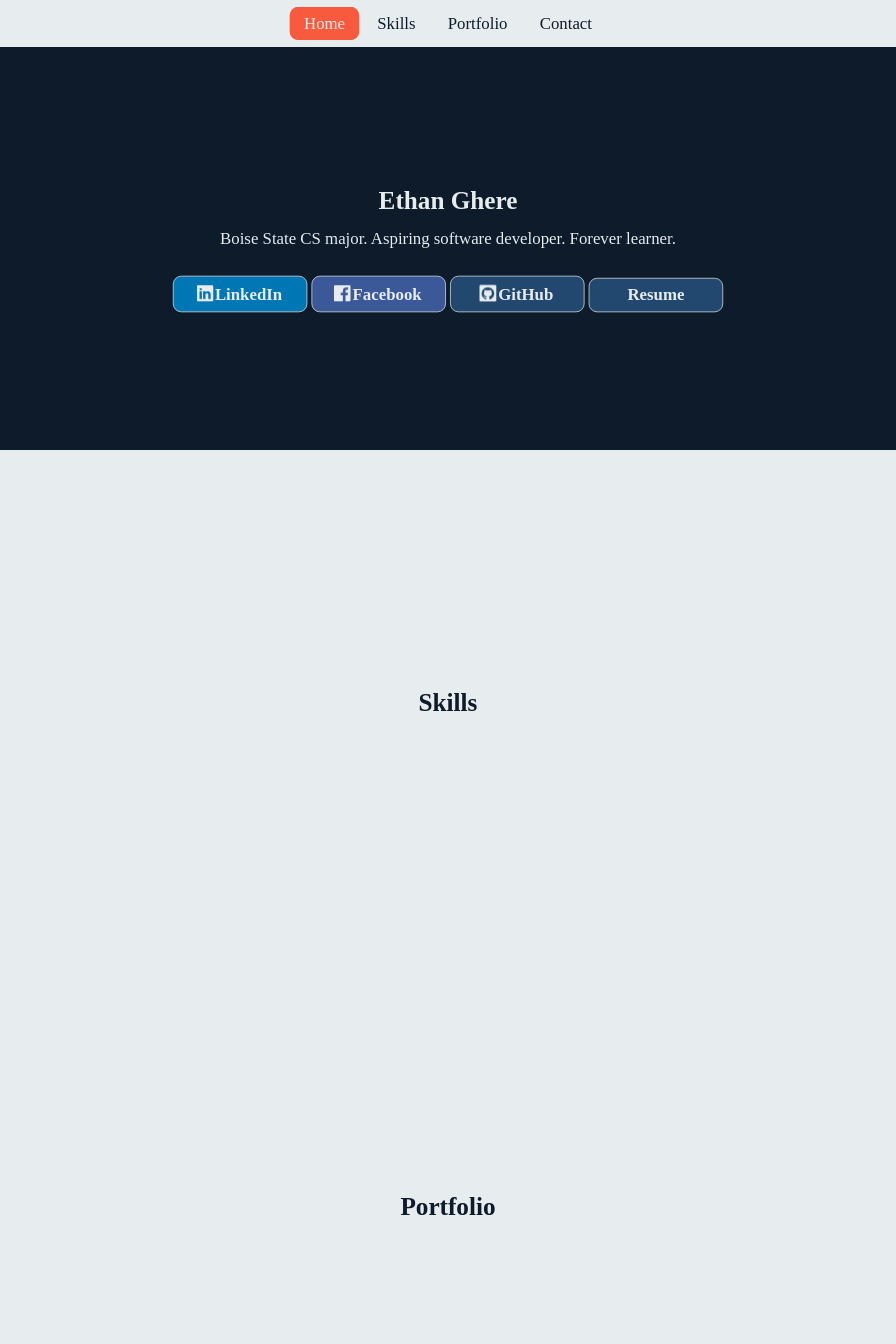
Repository: eghere-bsu/ethanghere-website
Page: http://localhost/php/index.php
An editor plug-in stored every save of this project. The page is shown before and after the next save, followed by the edit.
The browser window is 1280 px wide. The pictures show the part of the page from y = 0 to 1920 px (the page is 2875 px tall before and 2929 px after), at 70% of full size.
Some web fonts or font styles are not loaded; a fallback is used. The page is run by PHP 8.4 with error messages shown; the project is at /var/www/html/.

Above is the page before, as saved 2023-11-27 15:32:11.

### php/index.php
<?php
  require_once 'navbar.php';
?>

<body>
  <!-- Home -->
  <section id="home">
    <h1>Ethan Ghere</h1>
    <p>Boise State CS major. Aspiring software developer. Forever learner.</p>
    <span>
      <a href="https://www.linkedin.com/in/ethan-ghere-08532a23a" class="button linkedin"><img src="../svg/icons8-linkedin.svg">LinkedIn</a>
      <a href="https://www.facebook.com/profile.php?id=100085450836702" class="button facebook"><img src="../svg/icons8-facebook-24.svg">Facebook</a>
      <a href="https://github.com/eghere-bsu" class="button"><img src="../svg/icons8-github-24.png">GitHub</a>
      <a href="../assets/resume.pdf" class="button">Resume</a>
    </span>
  </section>
  <!-- Skills -->
  <section id="skills">
    <h1>Skills</h1>
  </section>
  <!-- Portfolio -->
  <section id="portfolio">
    <h1>Portfolio</h1>
  </section>
  <!-- Contact -->
  <section id="contact">
    <h1>Contact</h1>
  </section>
  <!-- Footer -->
  <section id="footer">
    <p>Ethan Ghere 2023.
      <?php
        if (isset($_SESSION['auth']) && $_SESSION['auth'] === true) {
          if (isset($_SESSION['username'])) {
            echo 'Logged in as ' . $_SESSION['username'];
          } else {
            echo 'Username not found.';
          }
        } else {
          echo 'Not logged in.';
        }
      ?>
      <a href="#login" class="button login-modal">Log In</a></p>
  </section>
  <div class="modal" id="login-signup-modal">
      <div class="modal-content">
        <button class="modal-close" onclick="closeModal()">X</button>
        <span class="container">
          <ul>
            <li class="login">
              <a href="#login" class="navlink">Log In</a>
            </li>
            <li class="signup">
              <a href="#signup" class="navlink">Sign Up</a>
            </li>
          </ul>
        </span>
        <span>
        <?php
          if(isset($_SESSION['message'])) {
            echo htmlspecialchars($_SESSION['message'], ENT_QUOTES, 'UTF-8');
            unset($_SESSION['message']);
          }
        ?>
        </span>
        <form method="post" action="login_handler.php" id="login-form">
          <input placeholder="Username: " type="username" id="username" name="username" required>
          <input placeholder="Password: " type="password" id="password" name="password" required>
          <button type="submit" class="button">Log In</button>
        </form>
        <form method="post" action="signup_handler.php" id="signup-form">
          <input placeholder="Username: " type="username" id="username" name="username" required>
          <input placeholder="Password: " type="password" id="password" name="password" required>
          <input placeholder="Confirm password: " type="pwconfirm" id="pwconfirm" name="pwconfirm" required>
          <button type="submit" class="button">Sign Up</button>
        </form>
        <div class="modal-body"></div>
      </div>
    </div>
  <script src="https://code.jquery.com/jquery-3.7.1.min.js"></script>
  <script src="../js/modal.js"></script>
  <script src="../js/scroll.js"></script>
</body>

### php/navbar.php
<?php
   session_start();
   ini_set('display_errors', 1);
   error_reporting(E_ALL);
?>

<!DOCTYPE html>
<html lang="en">

<head>
  <meta charset="UTF-8">
  <title>Ethan Ghere</title>
  <link rel="stylesheet" href="../css/style.css">
  <link rel="icon" type="image/x-icon" href="../favicon.ico">
</head>

<nav>
   <div class="container">
   <ul>
      <li class="home active">
        <a href="#home" class="navlink">Home</a>
      </li>
      <li class="skills">
        <a href="#skills" class="navlink">Skills</a>
      </li>
      <li class="portfolio">
        <a href="#portfolio" class="navlink">Portfolio</a>
      </li>
      <li class="contact">
        <a href="#contact" class="navlink">Contact</a>
      </li>
    </ul>
   </div>
</nav>

### css/style.css
@import url("https://fonts.googleapis.com/css2?family=Roboto+Mono&display=swap");

* {
  padding: 0;
  margin: 0;
  box-sizing: border-box;
}

html {
  font-family: "Roboto Mono";
  font-size: 24px;
  scroll-behavior: smooth;
}

section {
  height: 100vh;
  width: 100%;
  color: #0d1b2a;
  background-color: #e7ecef;
  display: flex;
  flex-direction: column;
  align-items: center;
  justify-content: center;
}

#home {
  height: 80vh;
  color: #e7ecef;
  background-color: #0d1b2a;
  padding: 30px;

  *:not(:first-child) {
    margin-top: 20px;
  }
}

/* TODO
section#skills {}
*/

/* TODO
section#portfolio {} */

section#footer {
  height: 10vh;
  background-color: #0d1b2a;
  color: #e7ecef;
  font-size: 18px;
}

.button {
  display: inline-block;
  padding: 10px 20px;
  width: 8em;
  text-align: center;
  text-decoration: none;
  font-weight: bold;
  border-radius: 12px;
  border: 1px solid #e7ecef;
  color: #e7ecef;
  background-color: #23486f;
  transition: 0.3s ease background-color;

  img {
    position: relative;
    top: 0.1em;
    right: 0.1em;
  }

  &:hover {
    background-color: #f85a3e;
  }

  &:hover:after {
    transition: 0.3s ease background-color;
  }
}

.button.small {
  font-size: 0.8em;
}

.linkedin {
  background-color: #0077b5;
}

.facebook {
  background-color: #3b5998;
}

nav {
  position: sticky;
  top: 0;
  background-color: #e7ecef;
}

.container {
  width: 90%;
  max-width: 1000px;
  min-width: 200px;
  margin: 0 auto;
  text-align: center;
  padding: 10px;

  ul {
    display: inline-block;

    li {
      display: inline-block;

      a {
        display: inline-block;
        text-decoration: none;
        padding: 10px 20px;
        color: #0d1b2a;
        border-radius: 12px;
        transition: 0.3s ease background-color;

        &:hover {
          background-color: rgba(0, 0, 0, 0.25);
        }
      }
    }

    li.active {
      background-color: #f85a3e;
      transition: 0.3s ease background-color;
      border-radius: 12px;

      a {
        color: rgb(231, 236, 239);
      }

      .navlink {
        background-color: #f85a3e;
        transition: 0.3s ease background-color;
        border-radius: 12px;
      }
    }
  }
}


/* modal */

.modal {
  display: none; /* Hide the modal by default */
  position: fixed;
  top: 0;
  left: 0;
  width: 100%;
  height: 100%;
  background-color: rgba(0, 0, 0, 0.4);
}

.modal-content {
  position: fixed;
  top: 50%;
  left: 50%;
  transform: translate(-50%, -50%);
  width: 40%;
  background-color: #e7ecef;
  color: #0d1b2a;
  padding: 20px;

  form {
    display: flex;
    flex-direction: column;
    align-items: center;
    width: 100%;
  }

  form label {
    margin-bottom: 10px;
  }

  form input {
    width: 100%;
    padding: 10px;
    border: 1px solid #ccc;
    border-radius: 4px;
  }

  form button {
    padding: 10px 20px;
    background-color: #23486f;
    border: none;
    border-radius: 4px;
    cursor: pointer;
    text-decoration: none;
  }

  & > .modal-close {
    position: absolute;
    top: 10px;
    right: 10px;
    width: 2em;
    height: 2em;
    border: none;
    cursor: pointer;
    background-color: #23486f;
    color: #e7ecef;
  }

  & > .container {
    display: flex;
    justify-content: center;

    & > a {
      color: #0d1b2a;
    }
  }
}

.modal-body {
  display: flex;
  flex-direction: column;
  justify-content: center;
}

.form-container {
  max-width: 400px;
  width: 100%;
  margin: 0 auto;
  position: relative;
}

### svg/icons8-linkedin.svg
<svg xmlns="http://www.w3.org/2000/svg" xmlns:xlink="http://www.w3.org/1999/xlink" viewBox="0,0,256,256" width="24px" height="24px"><g transform="translate(-24.32,-24.32) scale(1.19,1.19)"><g fill="#e7ecef" fill-rule="nonzero" stroke="none" stroke-width="1" stroke-linecap="butt" stroke-linejoin="miter" stroke-miterlimit="10" stroke-dasharray="" stroke-dashoffset="0" font-family="none" font-weight="none" font-size="none" text-anchor="none" style="mix-blend-mode: normal"><g transform="scale(5.12,5.12)"><path d="M41,4h-32c-2.76,0 -5,2.24 -5,5v32c0,2.76 2.24,5 5,5h32c2.76,0 5,-2.24 5,-5v-32c0,-2.76 -2.24,-5 -5,-5zM17,20v19h-6v-19zM11,14.47c0,-1.4 1.2,-2.47 3,-2.47c1.8,0 2.93,1.07 3,2.47c0,1.4 -1.12,2.53 -3,2.53c-1.8,0 -3,-1.13 -3,-2.53zM39,39h-6c0,0 0,-9.26 0,-10c0,-2 -1,-4 -3.5,-4.04h-0.08c-2.42,0 -3.42,2.06 -3.42,4.04c0,0.91 0,10 0,10h-6v-19h6v2.56c0,0 1.93,-2.56 5.81,-2.56c3.97,0 7.19,2.73 7.19,8.26z"></path></g></g></g></svg>

### svg/icons8-facebook-24.svg
<svg xmlns="http://www.w3.org/2000/svg" xmlns:xlink="http://www.w3.org/1999/xlink" viewBox="0,0,256,256" width="24px" height="24px"><g transform="translate(-43.52,-43.52) scale(1.34,1.34)"><g fill-opacity="0" fill="#d72020" fill-rule="nonzero" stroke="none" stroke-width="1" stroke-linecap="butt" stroke-linejoin="miter" stroke-miterlimit="10" stroke-dasharray="" stroke-dashoffset="0" font-family="none" font-weight="none" font-size="none" text-anchor="none" style="mix-blend-mode: normal"><path d="M32.47761,223.52239v-191.04478h191.04478v191.04478z" id="bgRectangle"></path></g><g fill="#e7ecef" fill-rule="nonzero" stroke="none" stroke-width="1" stroke-linecap="butt" stroke-linejoin="miter" stroke-miterlimit="10" stroke-dasharray="" stroke-dashoffset="0" font-family="none" font-weight="none" font-size="none" text-anchor="none" style="mix-blend-mode: normal"><g transform="scale(10.66667,10.66667)"><path d="M19,3h-14c-1.105,0 -2,0.895 -2,2v14c0,1.105 0.895,2 2,2h7.621v-6.961h-2.343v-2.725h2.343v-2.005c0,-2.324 1.421,-3.591 3.495,-3.591c0.699,-0.002 1.397,0.034 2.092,0.105v2.43h-1.428c-1.13,0 -1.35,0.534 -1.35,1.322v1.735h2.7l-0.351,2.725h-2.365v6.965h3.586c1.105,0 2,-0.895 2,-2v-14c0,-1.105 -0.895,-2 -2,-2z"></path></g></g></g></svg>

### js/modal.js
$(document).ready(function () {
   // Open login-signup modal
   $('.login-modal').click(function () {
      $('#login-signup-modal').show();
      $('#login-form').show();
      $('#signup-form').hide();
      $('.signup').removeClass('active');
      $('.login').addClass('active');
   });

   // Login button
   $('.login').click(function () {
      $('#login-form').show();
      $('#signup-form').hide();
      $('.signup').removeClass('active');
      $('.login').addClass('active');
   });

   // Show the signup form when the signup button is clicked
   $('.signup').click(function () {
      $('#signup-form').show();
      $('#login-form').hide();
      $('.login').removeClass('active');
      $('.signup').addClass('active');
   });

   // Close modal
   $('.modal-close').click(function () {
      $('#login-signup-modal').hide();
   });

   // Handle modal opening from a redirect
   if (window.location.href.indexOf('#login') !== -1 || window.location.href.indexOf('#signup') !== -1) {
      $('#login-signup-modal').show();

      if (window.location.href.indexOf('#login') !== -1) {
         $('#login-form').show();
         $('#signup-form').hide();
         $('.login').addClass('active');
         $('.signup').removeClass('active');
      } else {
         $('#signup-form').show();
         $('#login-form').hide();
         $('.signup').addClass('active');
         $('.login').removeClass('active');
      }
   }
});

### js/scroll.js
const sections = document.querySelectorAll("section");
const navLi = document.querySelectorAll("nav .container ul li");
window.addEventListener("scroll", () => {
  let current = "";
  sections.forEach((section) => {
    const sectionTop = section.offsetTop;
    const sectionHeight = section.clientHeight;
    if (pageYOffset >= sectionTop - sectionHeight / 3) {
      current = section.getAttribute("id");
    }
  });

  navLi.forEach((li) => {
    li.classList.remove("active");
    if (li.classList.contains(current)) {
      li.classList.add("active");
    }
  });
});

After the next save:
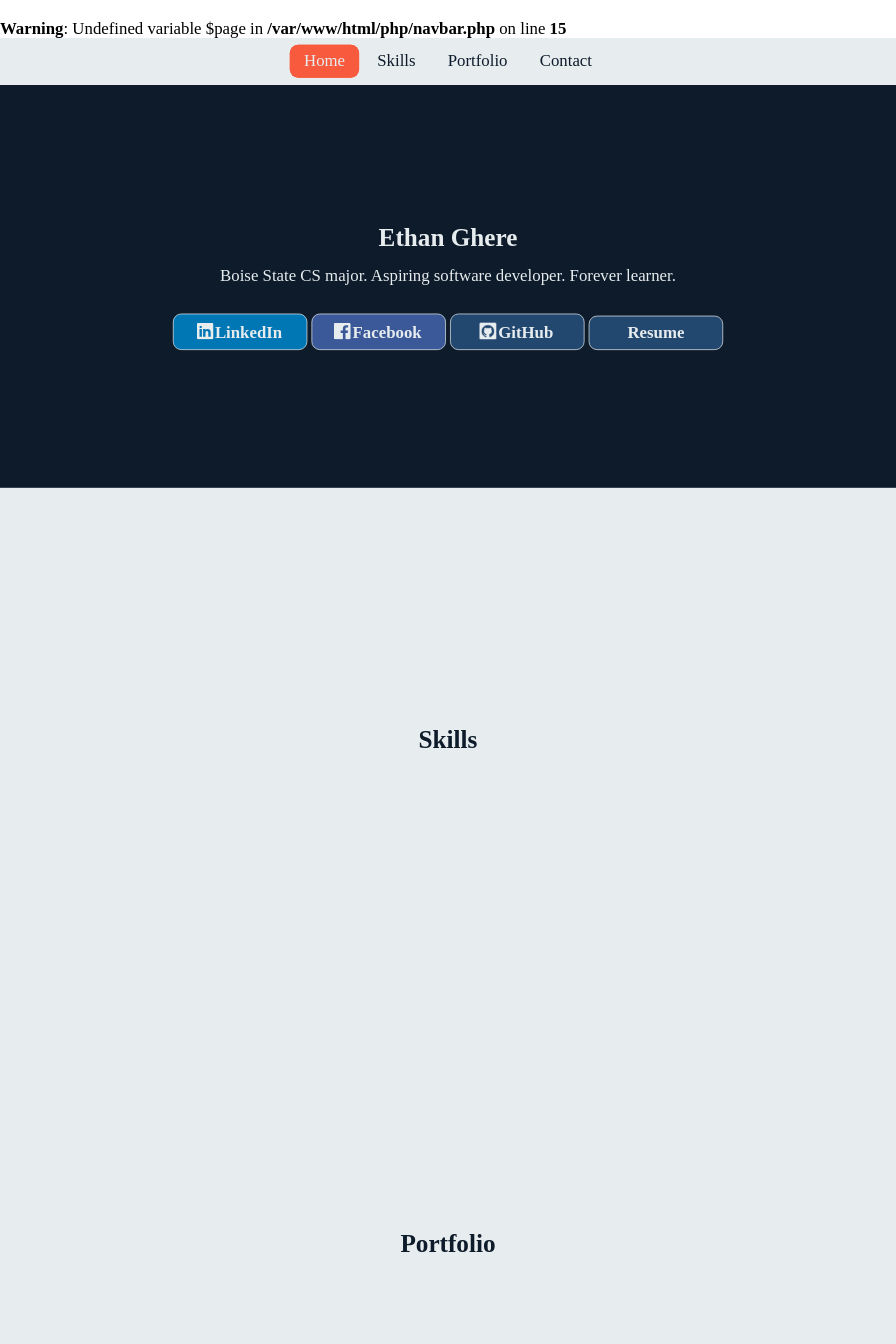
Saved 111 s later.
--- a/php/navbar.php
+++ b/php/navbar.php
@@ -1,7 +1,18 @@
 <?php
-   session_start();
-   ini_set('display_errors', 1);
-   error_reporting(E_ALL);
+  session_start();
+  ini_set('display_errors', 1);
+  error_reporting(E_ALL);
+
+  if (isset($_GET['action']) && $_GET['action'] === 'logout') {
+    unset($_SESSION['auth']);
+    unset($_SESSION['username']);
+    unset($_SESSION['powerlvl']);
+  }
+  $loggedIn = isset($_SESSION['auth']) && $_SESSION['auth'] === true;
+  $loginText = $loggedIn ? 'Log Out' : 'Log In';
+  $loginHref = $loggedIn ? 'login.php?action=logout' : 'login.php';
+
+  $loginButton = '<a class="' . ($page == 'login' ? 'active' : '') . '" href="' . $loginHref . '">' . $loginText . '</a>';
 ?>
 
 <!DOCTYPE html>
@@ -15,8 +26,8 @@
 </head>
 
 <nav>
-   <div class="container">
-   <ul>
+  <div class="container">
+    <ul>
       <li class="home active">
         <a href="#home" class="navlink">Home</a>
       </li>
@@ -30,5 +41,5 @@
         <a href="#contact" class="navlink">Contact</a>
       </li>
     </ul>
-   </div>
+  </div>
 </nav>
